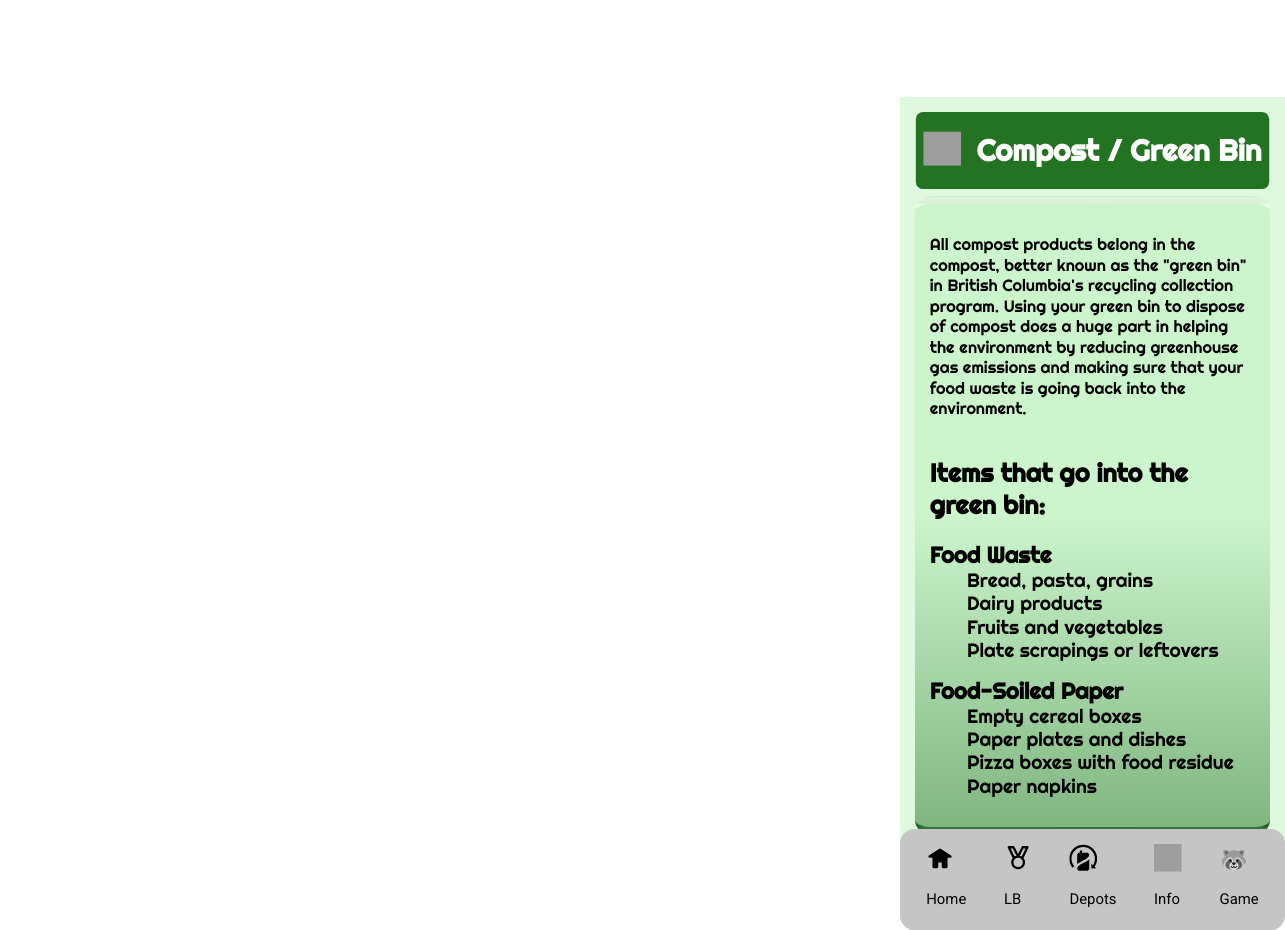
Repository: alemunden/Trash-Scavengers
Page: /InfoRecycling
An editor plug-in stored every save of this project. The page is shown before and after the next save, followed by the edit.
The browser window is 1280 px wide. The page is 1382 px wide, so the pictures cover 1382 px, including what lies to the right of the window. The pictures show the whole page, at 93% of full size.
Pictures or frames that could not be fetched are drawn as grey boxes. The project was rebuilt for these pictures with package versions that can differ from the ones it lists, and the page was loaded fresh each time. The framework's server and built-in components were replaced by stand-ins that run in the browser. Also part of the build but not shown: next.config.mjs, styles/InfoRecycling.module.css.

Above is the page before, as saved 2024-05-09 12:00:42.

### pages/InfoRecycling.js
import styles from "@/styles/InfoCompost.module.css";
import NavBar from "@/components/NavBar";
import Image from "next/image";
import Link from "next/link";

export default function InfoRecycling() {
    return(
        <>
        <link rel="preconnect" href="https://fonts.googleapis.com"/>
        <link rel="preconnect" href="https://fonts.gstatic.com" crossorigin/>
        <link href="https://fonts.googleapis.com/css2?family=Righteous&display=swap" rel="stylesheet"/>
        <div className={styles.main}>
            <div className={styles.title}>
                <Link href="/Info" className={styles.backButton}>
                    <Image src={'/backarrowicon.webp'} height={36.16} width={40.96}/>
                </Link>
                <h1>Compost / Green Bin</h1>
            </div>
            <div className={styles.textContainer}>
                    <p className={styles.description}>All compost products belong in the compost, better known as the "green bin" in British Columbia's recycling collection program. Using your green bin to dispose of compost does a huge part in helping the environment by reducing greenhouse gas emissions and making sure that your food waste is going back into the environment.</p>
                    <div>
                        <h2 className={styles.listTitle}>Items that go into the green bin:</h2>
                        <dl>
                            <dt className={styles.listSection}>Food Waste</dt>
                                <dd className={styles.listItem}>Bread, pasta, grains</dd>
                                <dd className={styles.listItem}>Dairy products</dd>
                                <dd className={styles.listItem}>Fruits and vegetables</dd>
                                <dd className={styles.listItem}>Plate scrapings or leftovers</dd>
                            <dt className={styles.listSection}>Food-Soiled Paper</dt>
                                <dd className={styles.listItem}>Empty cereal boxes</dd>
                                <dd className={styles.listItem}>Paper plates and dishes</dd>
                                <dd className={styles.listItem}>Pizza boxes with food residue</dd>
                                <dd className={styles.listItem}>Paper napkins</dd>
                        </dl>
                    </div>
            </div>
        </div>
        <NavBar/>
        </>
    )
}

### styles/globals.css
:root {
    --white: #FFFFFF;
    --black: #000;
    --light-green: #B4E88C;
    --light-blue: #9EBAE5;
    --light-gray: #c5c5c5;
    --light-yellow: #F3CD70;
    --light-pink: #F3D9D9;
    --medium-green: #429600;
    --gold: #ED9F26;

}

html, body {
    overflow-x: hidden;
    background-color: var(--white);
    height: 896px;
    width: 414px;
    position: absolute;
    left: 30rem;
    top: 3rem;
  }

main {
    padding: 1rem;
  }

li {
    list-style-type: none;
    cursor: pointer;
    margin: 1rem;
    width: 100%;
    padding: 0.5rem;
    color: #000105;
    background-color: var(--light-blue);
    border-radius: 1rem;
    border-bottom: 6px solid #7893bb;
    font-family: "Righteous", sans-serif;
    text-align: center;
    font-size: 1.5rem;
  }

.liHover:hover {
    background-color: #7893bb;
    columns: #fff;
}

.liSelected {
    color: #fff;
    background-color: #000925;
}

.homePageCard {
  margin-left: -5%;
  margin-top: 48%;
}

.searchBar {
  margin-left: -5%;
  margin-bottom: -48%;
}

.logInAndSettings {
  margin-left: 63%;
  margin-right: -5%;
  margin-top: 8%;
}

.dateIndex {
  font-family: 'Righteous';
  margin-bottom: -18%;
  margin-top: 8%;
}

.searchBarInfo {
  margin-left: -5%;
  margin-top: -0.1%;
}

.logInSettingsInfo {
  margin-left: 63%;
  margin-right: -5%;
  padding-left: 19px;
  padding-bottom: -10px;
  margin-top: 8%;
}

.infoCard {
  margin-left: -5%;
}

.logInSettingsDepots {
  margin-left: 64%;
  margin-right: -5%;
  padding-left: 9px;
  margin-top: 8%;
}

.searchBarDepots {
  margin-left: -5%;
}

.depotsCard {
  margin-left: -5%;
}

.logInSettingsYourDepots {
  margin-left: 50%;
  margin-right: -5%;
  padding-left: 65px;
  margin-top: 8%;
}

.searchBarYourDepots {
  margin-left: -5%;
}

.yourDepotsCard {
  margin-left: -5%;
}

.becDepotPage {
  font-family: 'Righteous';
  text-decoration: underline;
  margin-top: -200px;
  margin-left: 15%;
}

.depotsNavBar {
  margin-top: 165px;
}

### styles/InfoCompost.module.css
.main {
    background-color: #dff9df;
    height: 810px;
    display: flex;
    align-items: center;
    flex-direction: column;
}

.backButton:hover {
    opacity: 50%;
}

.title {
    font-family: "Righteous", sans-serif;
    display: flex;
    flex-direction: row;
    justify-content: space-between;
    align-items: center;
    gap: 1rem;
    background-color: rgb(35, 115, 35);
    padding: 0 0.5rem 0 0.5rem ;
    border-radius: 0.5rem;
    margin-bottom: 0.5rem;
    margin-top: 1rem;
    color: var(--white);
}

.textContainer {
    display: flex;
    justify-content: center;
    padding: 1rem;
    display: flex;
    flex-direction: column;
    background-image: linear-gradient(180deg, rgba(185, 240, 185,0.5) 50%, rgba(35, 115, 35, 0.5) 100%);
    border-radius: 1rem;
    border-top: 0.5rem solid rgba(240, 255, 240, 0.8);
    border-bottom: 0.5rem solid rgba(16, 78, 16, 0.8);
    margin: 0 1rem 0 1rem;
}

.description {
    font-family: "Righteous", sans-serif;
    font-size: 1.1rem;
}

.listTitle {
    font-family: "Righteous", sans-serif;
    font-size: 1.7rem;
}

.listSection {
    font-family: "Righteous", sans-serif;
    font-weight: bold;
    font-size: 1.5rem;
    margin-top: 1rem;
}

.listItem {
    font-family: "Righteous", sans-serif;
    font-size: 1.3rem;
}

### components/NavBar/index.js
import styles from './NavBar.module.css'
import Image from 'next/image'
import Link from 'next/link'

export default function NavBar() {
    return(
        <>
        <link rel="preconnect" href="https://fonts.googleapis.com"/>
        <link rel="preconnect" href="https://fonts.gstatic.com" crossorigin/>
        <link href="https://fonts.googleapis.com/css2?family=Roboto:ital,wght@0,100;0,300;0,400;0,500;0,700;0,900;1,100;1,300;1,400;1,500;1,700;1,900&display=swap" rel="stylesheet"/>
            <div className={styles.navBarContainer}>
                <div className={styles.navBarItem}>
                    <Link href='/' className={styles.link} tabIndex='1'>
                        <Image src={'/home-icon.svg'} height={30} width={30} className={styles.navBarImage}/>
                        <p className={styles.navBarLabel}>Home</p>
                    </Link>
                </div>
                <div className={styles.navBarItem}>
                    <Link href='/Leaderboard' className={styles.link} tabIndex="2">
                        <Image src={'/lb-icon.svg'} height={30} width={30} className={styles.navBarImage}/>
                        <p className={styles.navBarLabel}>LB</p>
                    </Link>
                </div>
                <div className={styles.navBarItem}>
                    <Link href='/Depots' className={styles.link} tabIndex="3">
                        <Image src={'/depots-icon.svg'} height={30} width={30} className={styles.navBarImage}/>
                        <p className={styles.navBarLabel}>Depots</p>
                    </Link>
                </div>
                <div className={styles.navBarItem}>
                    <Link href='/Info' className={styles.link} tabIndex="4">
                        <Image src={'/recycle-icon.svg'} height={30} width={30} className={styles.navBarImage}/>
                        <p className={styles.navBarLabel}>Info</p>
                    </Link>
                </div>
                <div className={styles.navBarItem}>
                    <Link href='/QuizBegin' className={styles.link} tabIndex="4">
                        <Image src={'/raccoon-icon.svg'} height={30} width={30} className={styles.navBarImage}/>
                        <p className={styles.navBarLabel}>Game</p>
                    </Link>
                </div>
            </div>
        </>
    )
}

### components/NavBar/NavBar.module.css
.navBarContainer {
    display: flex;
    flex-direction: row;
    justify-content: space-around;
    padding: 0.5rem;
    background-color: var(--light-gray);
    border-radius: 1rem;
    padding-top: 1rem;
    position: sticky;
    bottom: 0;
    margin: auto;
    align-items: center;
}

.navBarItem {
    display: flex;
    flex-direction: column;
    align-items: center;
    padding: 0;
}

.navBarImage {
    align-self: center;
}

.navBarLabel {
    font-size: 1rem;
    font-family: "Roboto", sans-serif;
    font-weight: medium;
}

.link {
    text-decoration: none;
    color: var(--black);
    align-self: center;
    padding: 0;
}

.link:visited {
    color: var(--black);
}

Loaded but not shown: pages/_app.js (common file); pages/_document.js (common file); pages/api/hello.js (common file)

After the next save:
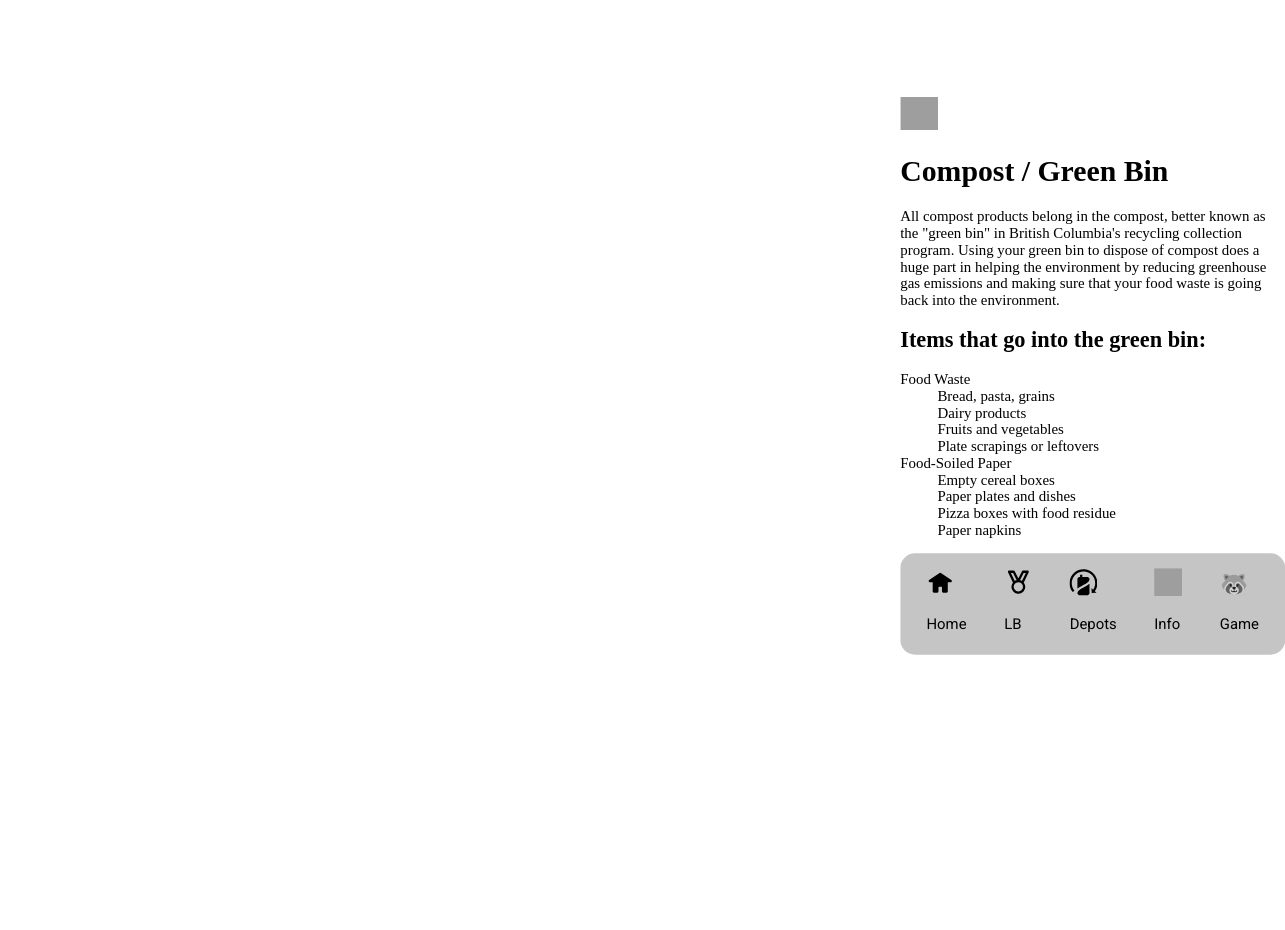
Saved 4 s later.
--- a/pages/InfoRecycling.js
+++ b/pages/InfoRecycling.js
@@ -1,4 +1,4 @@
-import styles from "@/styles/InfoCompost.module.css";
+import styles from "@/styles/InfoRecycling.module.css";
 import NavBar from "@/components/NavBar";
 import Image from "next/image";
 import Link from "next/link";
